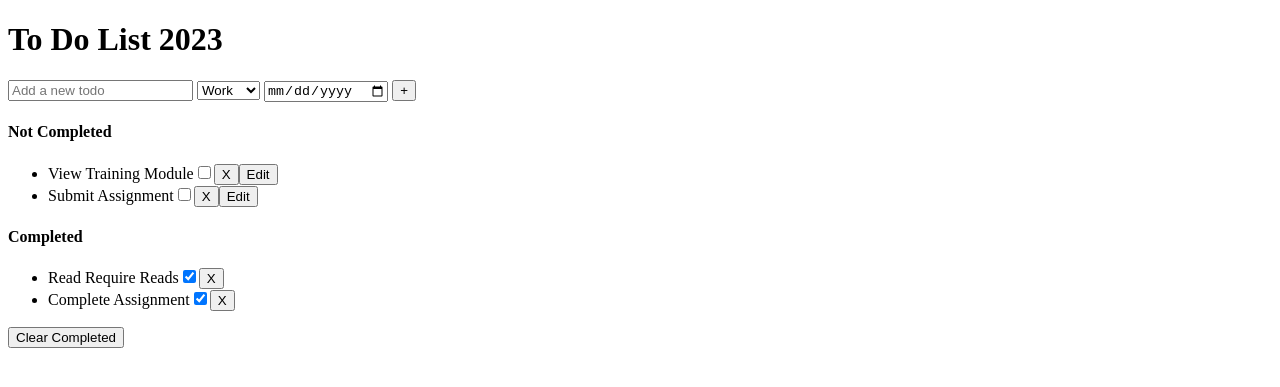
Repository: Kayla-amr/dgm3760
Page: index.html
The author's editor kept a copy of each file at every save. The page is drawn from the files as they stood at one save, then again after a run of saves.
The browser window is 1280 px wide. The pictures show the whole page.

Above is the page before, as saved 2023-10-18 13:17:49.

### index.html
<!DOCTYPE html>
<html lang="en">
<head>
    <meta charset="UTF-8">
    <meta name="viewport" content="width=device-width, initial-scale=1.0">
    <title>ToDo App 2023</title>
</head>
<body>
    <div class="app">
        <h1></h1>

        <div class="input">
            <input class="userInput" type="text" placeholder="Add a new todo">
            <select class="categorySelected">
                <option value="work">Work</option>
                <option value="home">Home</option>
                <option value="school">School</option>
            </select>
            <input class="dateInput" type="date" placeholder="Date">

            <button class="addInput">+</button>
        </div>

        <div class="todos">
            <h4>Not Completed</h4>
            <ul class="list"></ul>
            <h4>Completed</h4>
            <ul class="completed"></ul>
        </div>

        <div class="btns">
            <button class="clear">Clear Completed</button>
        </div>



    </div>

</body>
<script src="main.js"></script>
</html>

### main.js
let todo = [
    {
    id: 0,
    name: 'View Training Module',
    category: 'Home',
    date: '2020-03-01',
    status: false

},
{
    id: 1,
    name: 'Read Require Reads',
    category: 'Work',
    date: '2020-12-01',
    status: true
},
{
    id: 2,
    name: 'Complete Assignment',
    category: 'Work',
    date: '2020-01-01',
    status: true
},
{
    id: 3,
    name: 'Submit Assignment',
    category: 'School',
    date: '2020-05-01',
    status: false
},
];

document.querySelector('.app > h1').innerText = 'To Do List 2023';

let list = document.querySelector('.list');
let completed = document.querySelector('.completed');


//VIEW TODO LIST FUNCTION
function taskView(todo){
    list.innerText = '';
    completed.innerText='';         //CLEARS TODO LIST

    todo.forEach(function(todoItem) //LOOPS THROUGH TODO LIST
    {
        //CREATES TODO ITEM ELEMENTS
        let li = document.createElement('li');  //CREATES LI ELEMENT
        li.setAttribute('id', todoItem.id)      //SETS LI ID
        li.innerText = todoItem.name;

        //CREATES INPUT ELEMENT
        let status = document.createElement('input'); //CREATES INPUT ELEMENT
        status.setAttribute('type', 'checkbox');      //SETS INPUT TYPE
        status.setAttribute('id', 'status');          //SETS INPUT ID
        status.setAttribute('value', todoItem.status);//SETS INPUT VALUE
        status.checked = todoItem.status;             //SETS INPUT CHECKED STATUS

        //ADDS EVENT LISTENER TO INPUT
        status.addEventListener('click', function(){  //ADDS EVENT LISTENER TO INPUT
            if(status.checked == true){               //CHECKS IF INPUT IS CHECKED
                todoItem.status = true;               //SETS TODO ITEM STATUS TO TRUE
                completed.appendChild(li);            //ADDS TODO ITEM TO COMPLETED LIST
                list.removeChild(li);                 //REMOVES TODO ITEM FROM TODO LIST
            }
            else{
                todoItem.status = false;              //SETS TODO ITEM STATUS TO FALSE
                list.appendChild(li);                 //ADDS TODO ITEM TO TODO LIST
                completed.removeChild(li);            //REMOVES TODO ITEM FROM COMPLETED LIST
            }
        })

        //CREATES DELETE BUTTON
        let deleteBtn = document.createElement('button'); //CREATES BUTTON ELEMENT
        deleteBtn.setAttribute('id', 'delete');           //SETS BUTTON ID
        deleteBtn.innerText = 'X';                        //SETS BUTTON TEXT

        //ADDS EVENT LISTENER TO DELETE BUTTON
        deleteBtn.addEventListener('click', function(){   //ADDS EVENT LISTENER TO DELETE BUTTON
            todo = todo.filter(function(todoItem){         //FILTERS OUT DELETED TODO ITEM
                return todoItem.id != li.id;
            })
            taskView(todo);                                //CALLS VIEW FUNCTION
        })

        //CREATES EDIT BUTTON
        let editBtn = document.createElement('button');   //CREATES BUTTON ELEMENT
        editBtn.setAttribute('id', 'edit');               //SETS BUTTON ID
        editBtn.innerText = 'Edit';                       //SETS BUTTON TEXT

        //ADDS EVENT LISTENER TO EDIT BUTTON
        editBtn.addEventListener('click', function(){      //ADDS EVENT LISTENER TO EDIT BUTTON
            let editInput = document.createElement('input'); //CREATES INPUT ELEMENT
            editInput.setAttribute('type', 'text');          //SETS INPUT TYPE
            editInput.setAttribute('id', 'editInput');       //SETS INPUT ID
            editInput.setAttribute('value', todoItem.name);  //SETS INPUT VALUE
            li.innerText = '';                               //CLEARS TODO ITEM TEXT
            li.appendChild(editInput);                       //ADDS INPUT TO TODO ITEM

            //ADDS EVENT LISTENER TO INPUT
            editInput.addEventListener('keyup', function(){  //ADDS EVENT LISTENER TO INPUT
                if(event.keyCode === 13){                    //CHECKS IF ENTER KEY IS PRESSED
                    todoItem.name = editInput.value;         //SETS TODO ITEM NAME TO INPUT VALUE
                    li.innerText = todoItem.name;            //SETS TODO ITEM TEXT TO TODO ITEM NAME
                    li.appendChild(status);                  //ADDS INPUT TO TODO ITEM
                    li.appendChild(deleteBtn);               //ADDS DELETE BUTTON TO TODO ITEM
                    li.appendChild(editBtn);                 //ADDS EDIT BUTTON TO TODO ITEM
                }
            })
        }
        )

        //CHECKS TODO ITEM STATUS
        if(todoItem.status != true){
            list.appendChild(li);                    //ADDS TODO ITEM TO TODO LIST
            li.appendChild(status);                  //ADDS INPUT TO TODO ITEM
            li.appendChild(deleteBtn);               //ADDS DELETE BUTTON TO TODO ITEM
            li.appendChild(editBtn);                 //ADDS EDIT BUTTON TO TODO ITEM

        }
        else
        {
            completed.appendChild(li);                    //ADDS TODO ITEM TO COMPLETED LIST
            li.appendChild(status);                       //ADDS INPUT TO TODO ITEM
            li.appendChild(deleteBtn);                    //ADDS DELETE BUTTON TO TODO ITEM

        }
    })
}
taskView(todo); //CALLS VIEW FUNCTION


//ADD TODO ITEM FUNCTION
function addTask(){
   let userInput = document.querySelector('.userInput').value; //GETS USER INPUT
   let categorySelected = document.querySelector('.categorySelected').value; //GETS CATEGORY SELECTED
   let dateInput = document.querySelector('.dateInput').value; //GETS DATE INPUT

   const newItem = {                                          //CREATES NEW TODO ITEM OBJECT
         id: todo.length,
         name: userInput,
         category: categorySelected,
         date: dateInput,
         status: false
    }

    if (userInput === ''){                                     //CHECKS IF USER INPUT IS EMPTY
        alert('Please enter a task');                          //ALERTS USER TO ENTER A TASK
        return false;
    }
    else if (todo.some(todoItem => todoItem.name === userInput)){ //CHECKS IF USER INPUT IS A DUPLICATE
        alert('This task already exists');                        //ALERTS USER TO ENTER A UNIQUE TASK
        return false;
    }
    else{
        todo.push(newItem);                                     //PUSHES NEW TODO ITEM TO TODO LIST
    }

    document.querySelector('.userInput').value = '';          //CLEARS USER INPUT
}

addInput = document.querySelector('.addInput');                //GETS ADD BUTTON
addInput.addEventListener('click', (event) =>{
    addTask();                                                 //CALLS ADD TODO ITEM FUNCTION
    taskView(todo);                                            //CALLS VIEW FUNCTION
})

//CLEAR COMPLETED ITEMS FUNCTION
let clear = document.querySelector('.clear');                  //GETS CLEAR BUTTON
function clearList(){
    completed.innerText='';                                    //CLEARS COMPLETED LIST
    todo = todo.filter(function(todoItem){                      //FILTERS OUT COMPLETED ITEMS
        return todoItem.status == false;
    })

    todo.forEach(function(todoItem){                            //LOOPS THROUGH TODO LIST
        todoItem.id = todo.indexOf(todoItem);                   //SETS TODO ITEM ID
    })
}

clear.addEventListener('click', (event) =>{
    clearList();                                               //CALLS CLEAR FUNCTION
    taskView(todo);                                            //CALLS VIEW FUNCTION
})

After the next 4 saves:
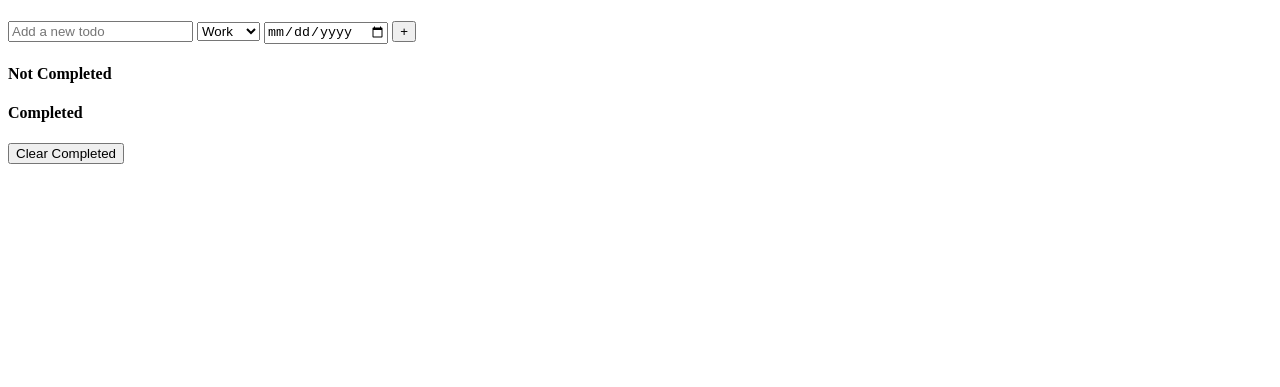
Console error: SyntaxError: Unexpected identifier 'todoItem'
The 4 saves are shown as one change because they came seconds apart.
The last was saved 5 days later.
--- a/main.js
+++ b/main.js
@@ -46,7 +46,7 @@
         //CREATES TODO ITEM ELEMENTS
         let li = document.createElement('li');  //CREATES LI ELEMENT
         li.setAttribute('id', todoItem.id)      //SETS LI ID
-        li.innerText = todoItem.name;
+        li.innerText = todoItem.date todoItem.name;
 
         //CREATES INPUT ELEMENT
         let status = document.createElement('input'); //CREATES INPUT ELEMENT

After the 4 saves that followed:
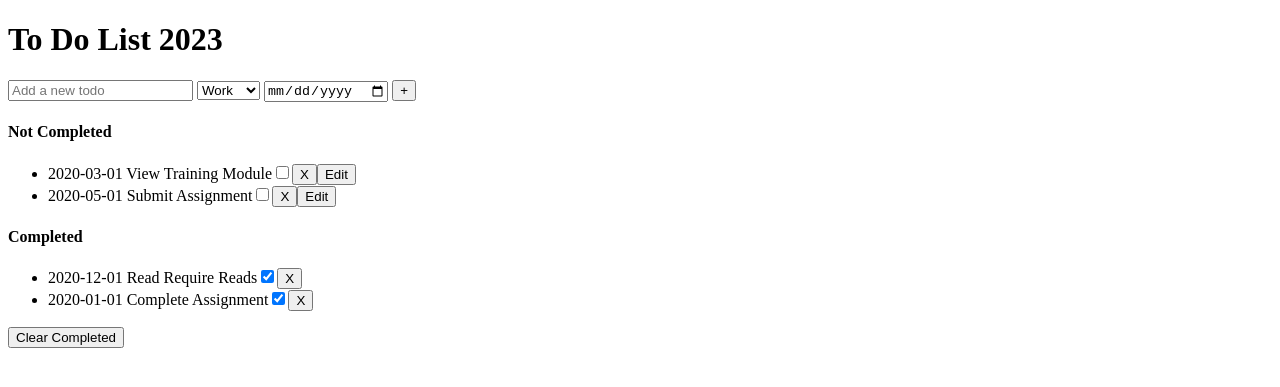
The error is gone.
The 4 saves are shown as one change because they came seconds apart.
The last was saved 10 s later.
--- a/main.js
+++ b/main.js
@@ -46,7 +46,7 @@
         //CREATES TODO ITEM ELEMENTS
         let li = document.createElement('li');  //CREATES LI ELEMENT
         li.setAttribute('id', todoItem.id)      //SETS LI ID
-        li.innerText = todoItem.date todoItem.name;
+        li.innerText = todoItem.date + ' ' + todoItem.name;
 
         //CREATES INPUT ELEMENT
         let status = document.createElement('input'); //CREATES INPUT ELEMENT
